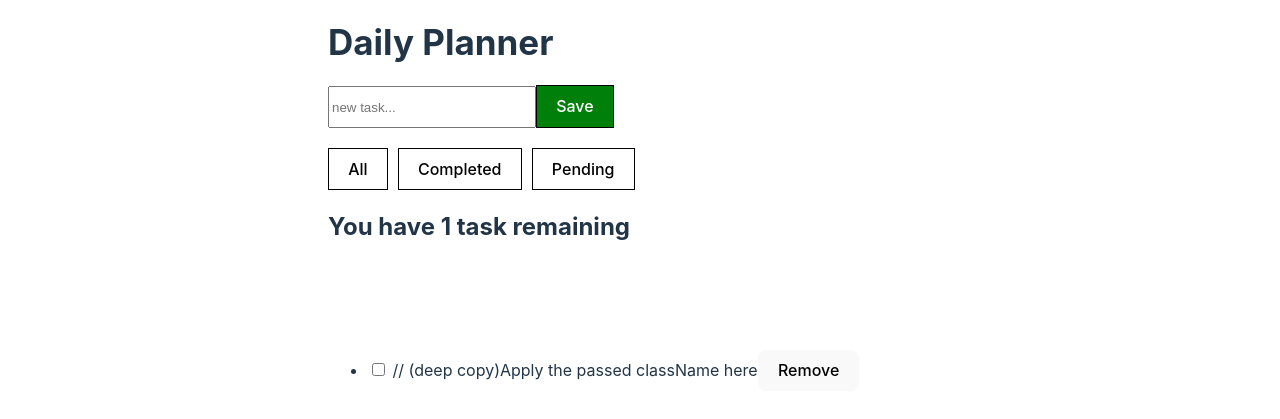
Repository: leslie179/lab4
Page: / (app in lab4/), after clicking the first element matching `button`
The author's editor kept a copy of each file at every save. The page is drawn from the files as they stood at one save, then again after a run of saves.
The browser window is 1280 px wide. The pictures show the whole page.
The project was rebuilt for these pictures with package versions that can differ from the ones it lists, and the page was loaded fresh each time. Also part of the build but not shown: lab4/vite.config.js.

Above is the page before, as saved 2024-10-27 18:47:19.

After the next 2 saves:
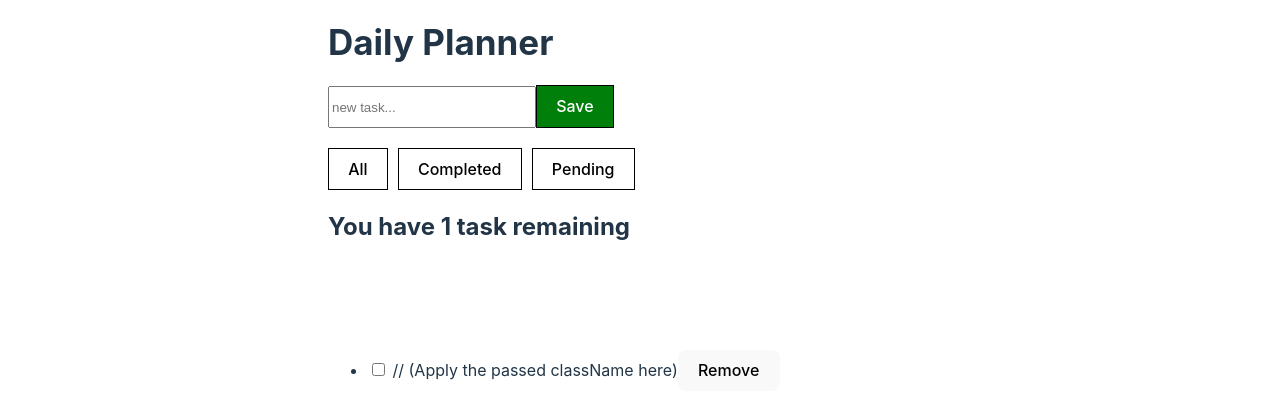
The 2 saves are shown as one change because they came seconds apart.
The last was saved 6 s later.
--- a/lab4/src/components/Task.jsx
+++ b/lab4/src/components/Task.jsx
@@ -20,7 +20,7 @@ function Task({ task, setTasks, index, className }) {
     return (
       <li>
         <input type="checkbox" onChange={(e) => toggleCompleted(e)} />
-        <span className={className}>{task.task}</span> // (deep copy)Apply the passed className here
+        <span className={className}>{task.task}</span> // (Apply the passed className here)
         <button onClick={() => remove()}>Remove</button>
       </li>
     )
